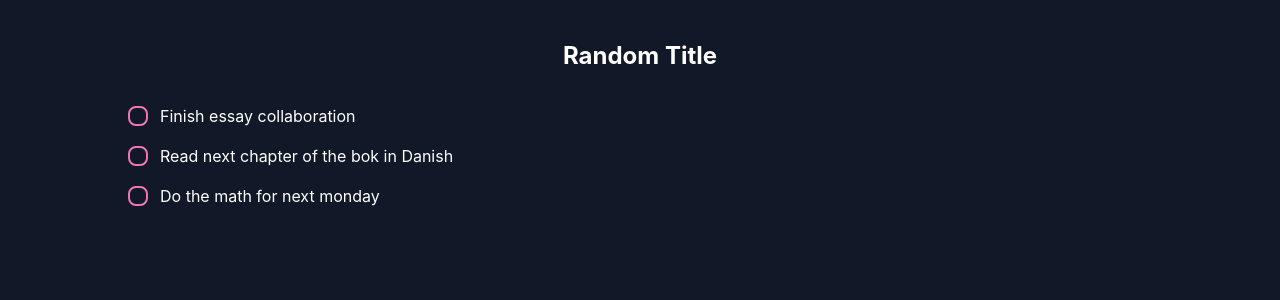
Repository: VachArt/react-exam-work
Page: /about
The author's editor kept a copy of each file at every save. The page is drawn from the files as they stood at one save, then again after the next save.
The browser window is 1280 px wide. The pictures show the whole page.
The project was rebuilt for these pictures with package versions that can differ from the ones it lists, and the page was loaded fresh each time.

Above is the page before, as saved 2022-04-27 19:28:19.

After the next save:
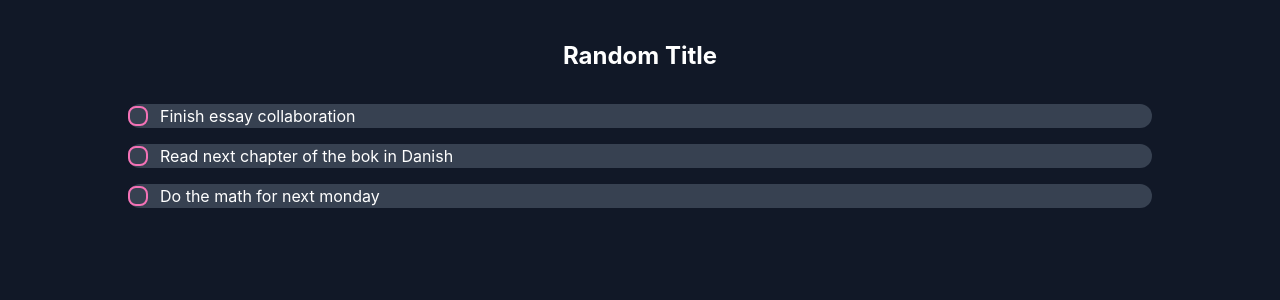
Saved 22 s later.
--- a/src/components/pages/Home/item/TodoItem.jsx
+++ b/src/components/pages/Home/item/TodoItem.jsx
@@ -3,7 +3,7 @@ import Check from './Check'
 
 const TodoItem = ({todo}) => {
     return (
-        <div className='flex items-center mb-4 rounded-xl'>
+        <div className='flex items-center mb-4 rounded-xl bg-gray-700'>
             <Check />
             {todo.title}
         </div>
